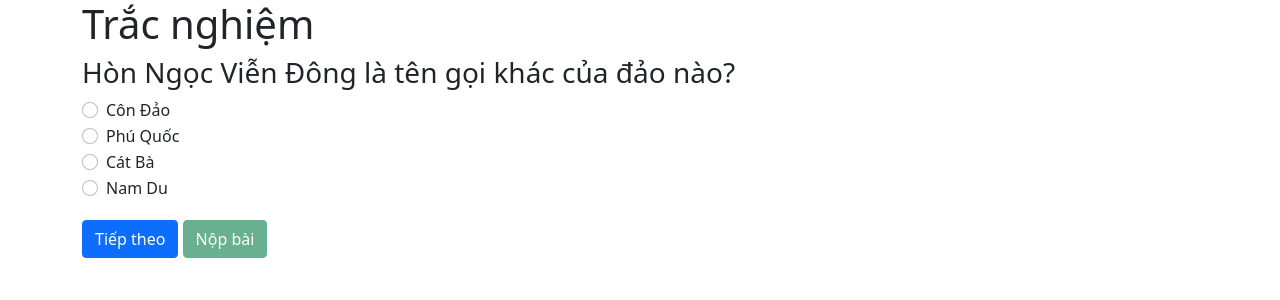
Repository: tran-thien-nhan/quiz_tlln
Page: index.html
These files come from the project's save history. The page is drawn as it stood at one moment and after the next save; the edit follows.
The browser window is 1280 px wide. The pictures show the whole page.

Above is the page before, as saved 2023-06-25 10:34:47.

### index.html
<!DOCTYPE html>
<html lang="en">

<head>
  <meta charset="UTF-8">
  <meta name="viewport" content="width=device-width, initial-scale=1.0">
  <title>Trắc nghiệm</title>
  <link rel="stylesheet" href="https://cdnjs.cloudflare.com/ajax/libs/bootstrap/5.0.2/css/bootstrap.min.css">
  <style>
    .question {
      margin-bottom: 20px;
    }
  </style>
</head>

<body>
  <div class="container">
    <h1>Trắc nghiệm</h1>

    <div class="question" id="questionContainer">
      <h3 id="question"></h3>
      <div class="form-check">
        <input class="form-check-input" type="radio" name="answer" id="answer1">
        <label class="form-check-label" for="answer1" id="answerText1"></label>
      </div>
      <div class="form-check">
        <input class="form-check-input" type="radio" name="answer" id="answer2">
        <label class="form-check-label" for="answer2" id="answerText2"></label>
      </div>
      <div class="form-check">
        <input class="form-check-input" type="radio" name="answer" id="answer3">
        <label class="form-check-label" for="answer3" id="answerText3"></label>
      </div>
      <div class="form-check">
        <input class="form-check-input" type="radio" name="answer" id="answer4">
        <label class="form-check-label" for="answer4" id="answerText4"></label>
      </div>
      <span id="result"></span>
    </div>

    <button class="btn btn-primary" id="nextButton">Tiếp theo</button>
    <button class="btn btn-success" id="submitButton">Nộp bài</button>
    <span id="score"></span>
  </div>

  <script src="https://cdnjs.cloudflare.com/ajax/libs/bootstrap/5.0.2/js/bootstrap.bundle.min.js"></script>
  <script>
    // Đọc câu hỏi từ tệp JSON
    fetch("quest_lib.json")
      .then(response => response.json())
      .then(data => {
        const questions = data.questions;

        let currentQuestionIndex = 0;
        let score = 0;

        const questionContainer = document.getElementById("questionContainer");
        const questionElement = document.getElementById("question");
        const answerTextElements = [
          document.getElementById("answerText1"),
          document.getElementById("answerText2"),
          document.getElementById("answerText3"),
          document.getElementById("answerText4")
        ];
        const resultElement = document.getElementById("result");
        const nextButton = document.getElementById("nextButton");
        const submitButton = document.getElementById("submitButton");
        const scoreElement = document.getElementById("score");

        // Xáo trộn câu trả lời
        function shuffleAnswers(answers) {
          for (let i = answers.length - 1; i > 0; i--) {
            const j = Math.floor(Math.random() * (i + 1));
            [answers[i], answers[j]] = [answers[j], answers[i]];
          }
          return answers;
        }

        // Cập nhật câu hỏi và câu trả lời
        function updateQuestion() {
          const question = questions[currentQuestionIndex];
          const shuffledAnswers = shuffleAnswers(question.choices);

          questionElement.textContent = question.question;
          resultElement.textContent = "";

          for (let i = 0; i < answerTextElements.length; i++) {
            answerTextElements[i].textContent = shuffledAnswers[i];
          }
        }

        // Kiểm tra câu trả lời
        function checkAnswer() {
          const question = questions[currentQuestionIndex];
          const selectedAnswer = document.querySelector('input[name="answer"]:checked');

          if (selectedAnswer) {
            const selectedAnswerText = selectedAnswer.nextElementSibling.textContent;

            if (selectedAnswerText === question.correctAnswer) {
              score++;
              resultElement.textContent = "Correct";
              resultElement.style.color = "green";
            } else {
              resultElement.textContent = "Incorrect";
              resultElement.style.color = "red";
            }

            nextButton.disabled = false;
            submitButton.disabled = true;
          }
        }

        // Xử lý sự kiện khi nhấn nút "Tiếp theo"
        nextButton.addEventListener("click", () => {
          currentQuestionIndex++;

          if (currentQuestionIndex < questions.length) {
            updateQuestion();
            nextButton.disabled = true;
            submitButton.disabled = false;
          } else {
            questionContainer.style.display = "none";
            scoreElement.textContent = `Tổng điểm: ${score}`;
            scoreElement.style.display = "block";
            nextButton.disabled = true;
            submitButton.disabled = true;
          }
        });

        // Xử lý sự kiện khi nhấn nút "Nộp bài"
        submitButton.addEventListener("click", () => {
          checkAnswer();
        });

        // Bắt đầu trắc nghiệm
        updateQuestion();
        submitButton.disabled = true;
      })
      .catch(error => {
        console.error("Error:", error);
      });
  </script>
</body>

</html>

### quest_lib.json
{
    "questions": [
      {
        "question": "Hòn Ngọc Viễn Đông là tên gọi khác của đảo nào?",
        "choices": [
          "Côn Đảo",
          "Phú Quốc",
          "Nam Du",
          "Cát Bà"
        ],
        "correctAnswer": "Phú Quốc"
      },
      {
        "question": "Ai là vị vua cuối cùng của triều đại Lý?",
        "choices": [
          "Lý Thánh Tông",
          "Lý Cao Tông",
          "Lý Huệ Tông",
          "Lý Nhân Tông"
        ],
        "correctAnswer": "Lý Nhân Tông"
      },
      {
        "question": "Thành phố Hội An thuộc tỉnh nào của Việt Nam?",
        "choices": [
          "Quảng Ninh",
          "Quảng Bình",
          "Quảng Trị",
          "Quảng Nam"
        ],
        "correctAnswer": "Quảng Nam"
      },
      {
        "question": "Ngọn núi nào là đỉnh cao nhất Việt Nam?",
        "choices": [
          "Phan Xi Păng",
          "Fansipan",
          "Bạch Mã",
          "Bidoup Núi Bà"
        ],
        "correctAnswer": "Fansipan"
      },
      {
        "question": "Vua Hùng đầu tiên của Việt Nam là ai?",
        "choices": [
          "Hùng Vương I",
          "Hùng Vương II",
          "Hùng Vương III",
          "Hùng Vương IV"
        ],
        "correctAnswer": "Hùng Vương I"
      },
      {
        "question": "Di tích cố đô Huế nằm ở tỉnh nào của Việt Nam?",
        "choices": [
          "Thừa Thiên Huế",
          "Quảng Trị",
          "Đà Nẵng",
          "Quảng Bình"
        ],
        "correctAnswer": "Thừa Thiên Huế"
      },
      {
        "question": "Vịnh Hạ Long thuộc tỉnh nào của Việt Nam?",
        "choices": [
          "Quảng Ninh",
          "Thái Bình",
          "Nam Định",
          "Hải Phòng"
        ],
        "correctAnswer": "Quảng Ninh"
      },
      {
        "question": "Ai là người thành lập nên Vương quốc Chăm Pa?",
        "choices": [
          "Vijaya",
          "Indravarman I",
          "Bhadravarman I",
          "Satyavarman"
        ],
        "correctAnswer": "Vijaya"
      },
      {
        "question": "Vịnh Xuân Đài là vịnh nằm ở tỉnh nào của Việt Nam?",
        "choices": [
          "Quảng Ninh",
          "Hải Phòng",
          "Nam Định",
          "Thái Bình"
        ],
        "correctAnswer": "Nam Định"
      },
      {
        "question": "Bảo tàng Lịch sử Quốc gia Việt Nam được đặt ở thành phố nào?",
        "choices": [
          "Hà Nội",
          "Hải Phòng",
          "Huế",
          "Hồ Chí Minh"
        ],
        "correctAnswer": "Hà Nội"
      }
    ]
  }

After the next save:
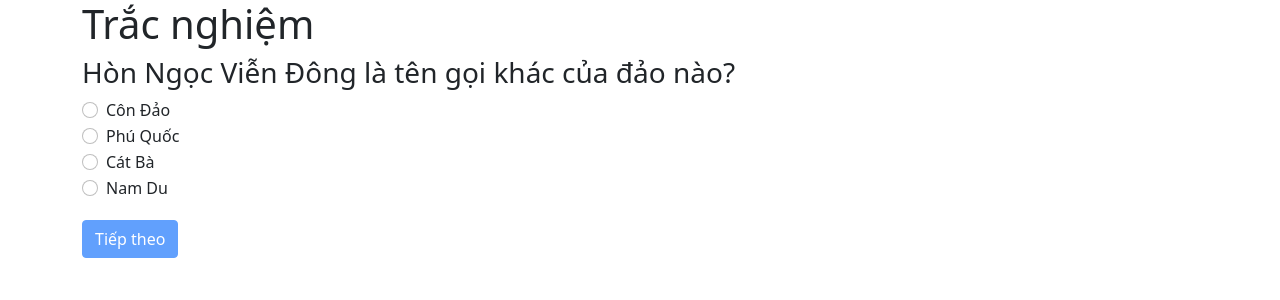
Saved 4 min 40 s later.
--- a/index.html
+++ b/index.html
@@ -38,8 +38,7 @@
       <span id="result"></span>
     </div>
 
-    <button class="btn btn-primary" id="nextButton">Tiếp theo</button>
-    <button class="btn btn-success" id="submitButton">Nộp bài</button>
+    <button class="btn btn-primary" id="nextButton" disabled>Tiếp theo</button>
     <span id="score"></span>
   </div>
 
@@ -64,7 +63,6 @@
         ];
         const resultElement = document.getElementById("result");
         const nextButton = document.getElementById("nextButton");
-        const submitButton = document.getElementById("submitButton");
         const scoreElement = document.getElementById("score");
 
         // Xáo trộn câu trả lời
@@ -106,36 +104,30 @@
               resultElement.style.color = "red";
             }
 
-            nextButton.disabled = false;
-            submitButton.disabled = true;
+            setTimeout(() => {
+              currentQuestionIndex++;
+
+              if (currentQuestionIndex < questions.length) {
+                updateQuestion();
+                nextButton.disabled = true;
+                selectedAnswer.checked = false;
+              } else {
+                questionContainer.style.display = "none";
+                scoreElement.textContent = `Tổng điểm: ${score}`;
+                scoreElement.style.display = "block";
+              }
+            }, 1000);
           }
         }
 
         // Xử lý sự kiện khi nhấn nút "Tiếp theo"
         nextButton.addEventListener("click", () => {
-          currentQuestionIndex++;
-
-          if (currentQuestionIndex < questions.length) {
-            updateQuestion();
-            nextButton.disabled = true;
-            submitButton.disabled = false;
-          } else {
-            questionContainer.style.display = "none";
-            scoreElement.textContent = `Tổng điểm: ${score}`;
-            scoreElement.style.display = "block";
-            nextButton.disabled = true;
-            submitButton.disabled = true;
-          }
-        });
-
-        // Xử lý sự kiện khi nhấn nút "Nộp bài"
-        submitButton.addEventListener("click", () => {
+          nextButton.disabled = true;
           checkAnswer();
         });
 
         // Bắt đầu trắc nghiệm
         updateQuestion();
-        submitButton.disabled = true;
       })
       .catch(error => {
         console.error("Error:", error);
